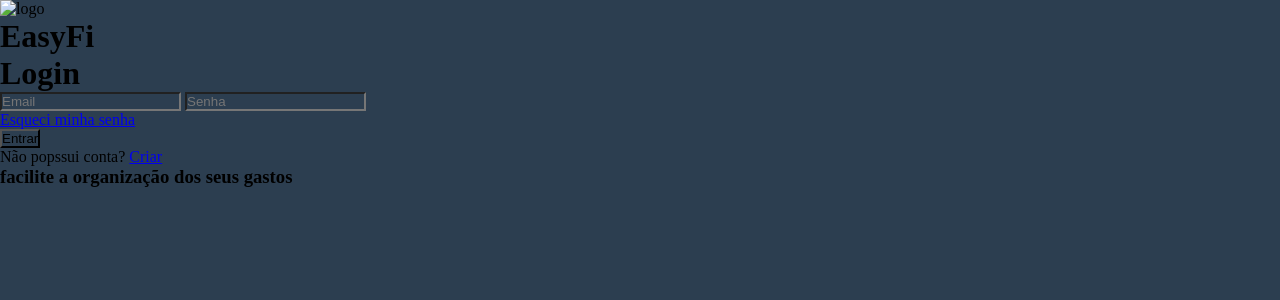
Repository: Ingridiag/projeto-engenharia
Page: login.html
An editor plug-in stored every save of this project. The page is shown before and after a run of saves, followed by the edit.
The browser window is 1280 px wide. The pictures show the whole page.

Above is the page before, as saved 2024-10-28 14:57:02.

### login.html
<!DOCTYPE html>
<html lang="pt">

<head>
    <meta charset="UTF-8">
    <meta name="viewport" content="width=device-width, initial-scale=1.0">
    <link rel="stylesheet" href="style.css">
    <title>Login</title>
</head>

<body>
    <div class="container">

        <!-- Tela Login -->
        <div class="login">
            <div class="primeira-coluna">
                <div>
                    <img src="#" alt="logo">
                    <h1>EasyFi</h1>
                </div>
                <div>
                    <h1 class="title">Login</h1>
                    <form>
                        <input type="email" placeholder="Email">
                        <input type="password" placeholder="Senha">
                    </form>
                    <div>
                        <a href="#" class="link">Esqueci minha senha</a>

                    </div>
                    <div class="btn-default">
                        <button>
                            Entrar
                        </button>
                    </div>
                    <div>
                        <p>Não popssui conta?
                            <span>
                                <a href="#" class="link">Criar</a>
                            </span>
                        </p>
                    </div>
                </div>
                <div class="segunda-coluna">
                    <h3 class="mensagem">
                        facilite a organização dos seus gastos
                    </h3>
                </div>
            </div>
        </div>



        <div class="cadastro">
            <!-- Tela Cadastro -->
            <div class="primeira-coluna">
                <h3 class="mensagem">
                    facilite a organização dos seus gastos
                </h3>
            </div>

            <div class="segunda-coluna">
                <div>
                    <img src="#" alt="logo">
                    <h1>EasyFi</h1>
                </div>
                <div>
                    <h1 class="title">Criar Conta</h1>
                    <form>
                        <input type="text" placeholder="Nome">
                        <input type="email" placeholder="Email">
                        <input type="password" placeholder="Senha">
                        <input type="password" placeholder=" Confirmar senha">
                    </form>
                    <div>
                        <a href="#" class="link">Esqueci minha senha</a>

                    </div>
                    <div class="btn-default">
                        <button>
                            Entrar
                        </button>
                    </div>
                    <div>
                        <p>Já possui conta?
                            <span>
                                <a href="#" class="link">Login</a>
                            </span>
                        </p>
                    </div>
                </div>
            </div>
        </div>


    </div>

</body>

</html>

### style.css
* {
    margin: 0;
    padding: 0;
    box-sizing: border-box;
    background: #2C3E50;
}
.container{
    display: flex;
}

.login{
    width: 100%;
    height: 100%;
    margin: ;
    display: flex;
    flex-direction: column;
}

.cadastro{
    display: none;
    flex-direction: column;
}

After the next 2 saves:
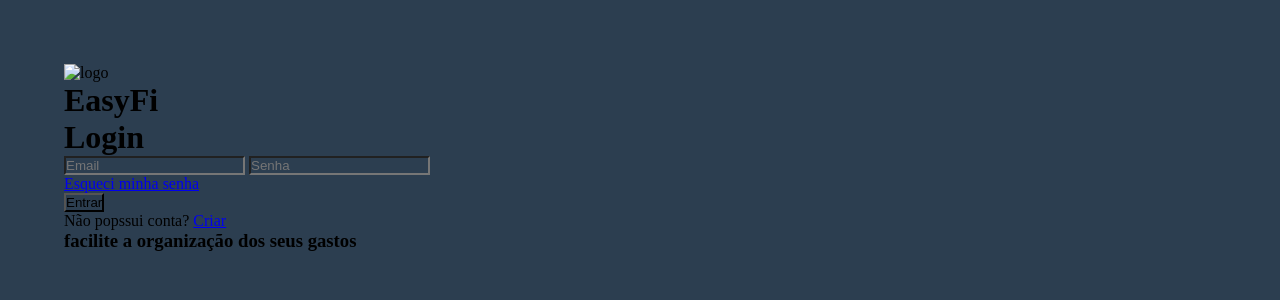
The 2 saves are shown as one change because they came seconds apart.
The last was saved 9 s later.
--- a/style.css
+++ b/style.css
@@ -11,7 +11,7 @@
 .login{
     width: 100%;
     height: 100%;
-    margin: ;
+    margin: 5%;
     display: flex;
     flex-direction: column;
 }
